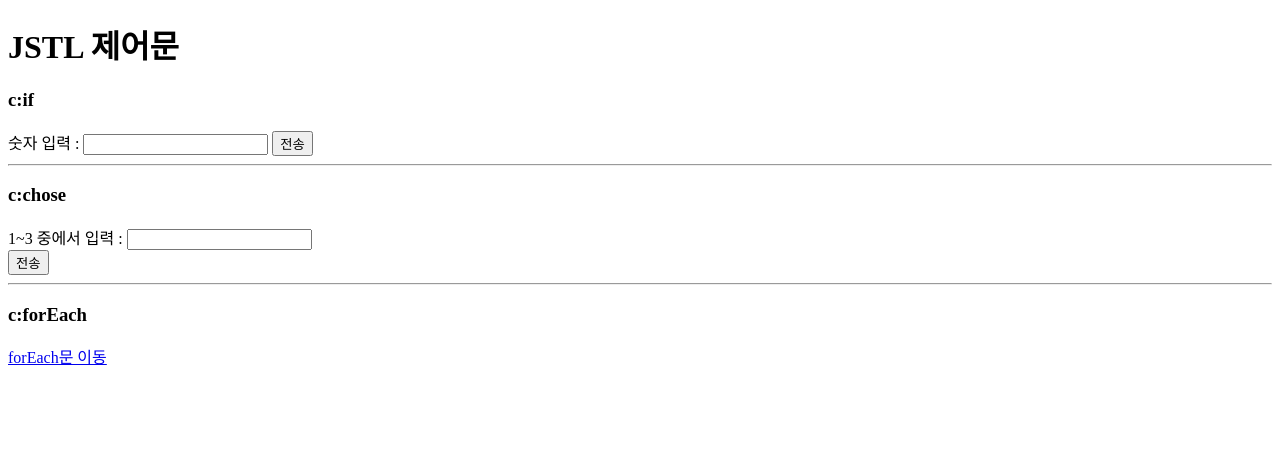
Repository: ajtwls1256/Web-workspace
Page: http://localhost/Day55-jspTag/JSTL/jsp_JSTL.jsp
The author's editor kept a copy of each file at every save. The page is drawn from the files as they stood at one save, then again after the next save.
The browser window is 1280 px wide. The pictures show the whole page.
The page is served by Tomcat 9.

Above is the page before, as saved 2019-10-14 06:01:44.

After the next save:
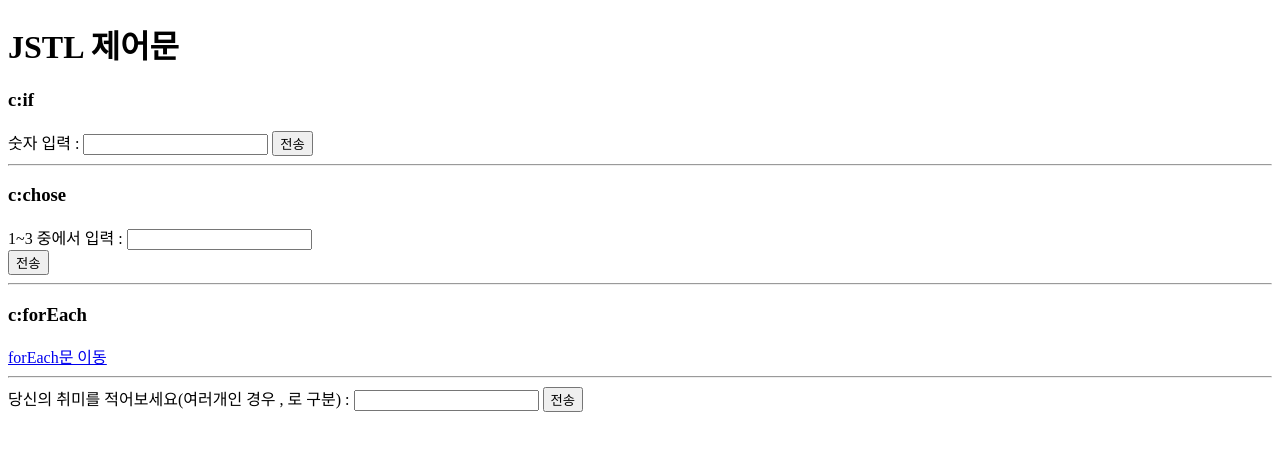
Saved 101 s later.
--- a/Day55-jspTag/WebContent/JSTL/jsp_JSTL.jsp
+++ b/Day55-jspTag/WebContent/JSTL/jsp_JSTL.jsp
@@ -27,5 +27,12 @@
 
 	<h3> c:forEach </h3>
 	<a href="/jsp/JSTL/JSTL_forEach.jsp">forEach문 이동</a>
+
+	<hr>
+
+	<form action="/jsp/JSTL/JSTL_forToken.jsp">
+		당신의 취미를 적어보세요(여러개인 경우 , 로 구분) : <input type="text" name="hobby" >
+		<input type="submit" value="전송">
+	</form>
 </body>
 </html>
